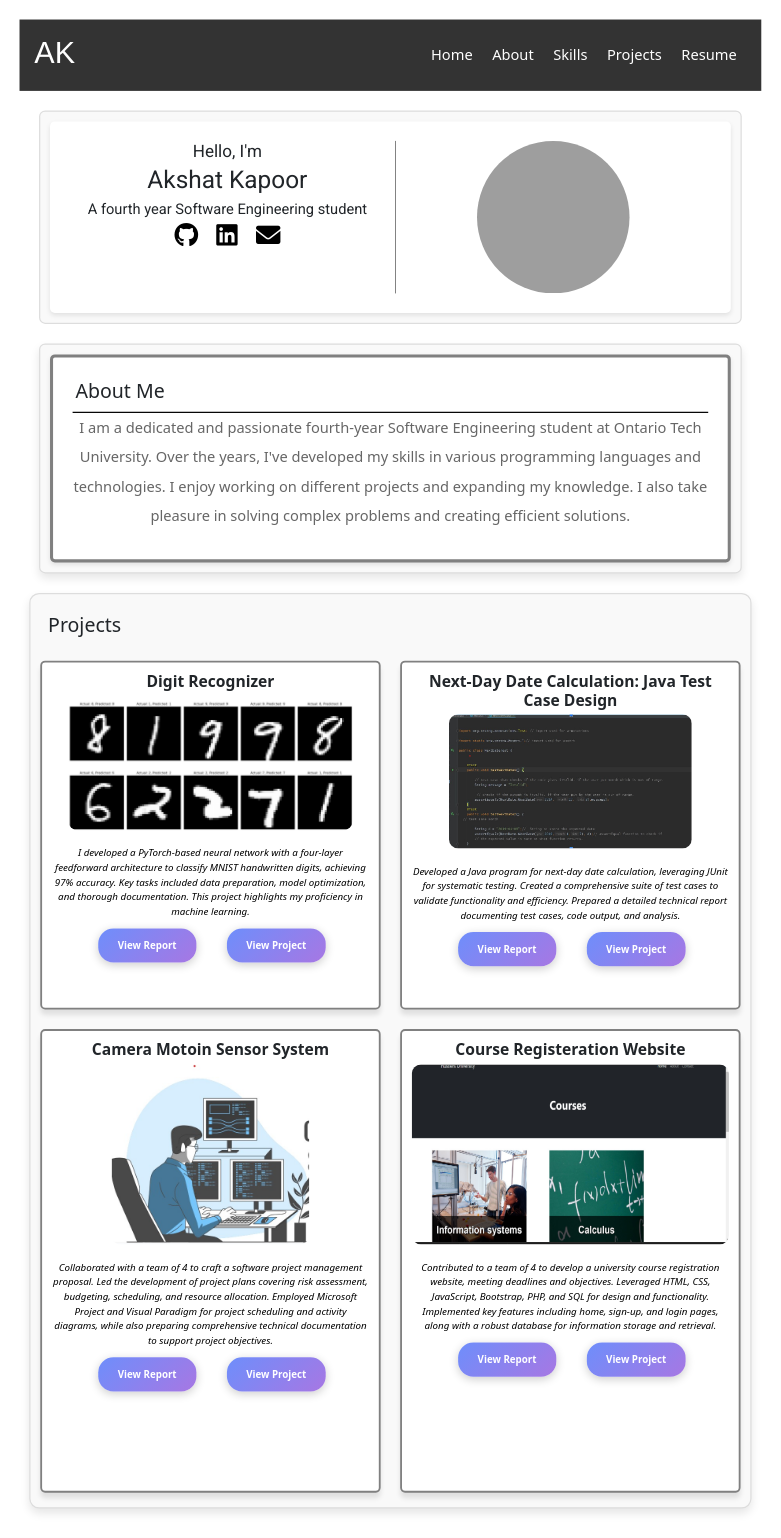
Repository: AkshatKapo/My-Portfolio
Page: /
An editor plug-in stored every save of this project. The page is shown before and after the next save, followed by the edit.
The browser window is 1280 px wide. The pictures show the whole page, at 61% of full size.
Pictures or frames that could not be fetched are drawn as grey boxes. The project was rebuilt for these pictures with package versions that can differ from the ones it lists, and the page was loaded fresh each time. Also part of the build but not shown: vite.config.js.

Above is the page before, as saved 2024-06-13 15:24:44.

### index.html
<!DOCTYPE html>
<html lang="en">
  <head>
    <meta charset="UTF-8" />
    <link rel="stylesheet" href="https://cdnjs.cloudflare.com/ajax/libs/font-awesome/6.0.0-beta3/css/all.min.css">
    <link rel="stylesheet" href="https://maxcdn.bootstrapcdn.com/bootstrap/4.5.2/css/bootstrap.min.css">

    <meta name="viewport" content="width=device-width, initial-scale=1.0" />
    <title>Vite + React</title>
  </head>
  <body>
    <div id="root"></div>
    <script type="module" src="/src/main.jsx"></script>
  </body>
</html>

### src/main.jsx
import React from 'react'
import ReactDOM from 'react-dom/client'
import App from './App'
import './index.css'
import 'bootstrap/dist/css/bootstrap.min.css';


ReactDOM.createRoot(document.getElementById('root')).render(
  <React.StrictMode>
    <App />
  </React.StrictMode>,
)

### src/App.jsx
import { useEffect } from 'react';
import './App.css';
import Header from './components/Header';
import Home from './components/Home';
import About from './components/About';
// import Experience from './components/Experience'; // Corrected import path
import Projects from './components/projects';
// import ProjectContact from './components/contact';
// import Skill from './components/skill'
function App() {
  useEffect(() => {
    function reveal() {
      let reveals = document.querySelectorAll(".reveal");// stores all the elements with class reveal into an array

      for (var i = 0; i < reveals.length; i++) { // iterates through reveals array, takes the each element with class reveals
        let windowHeight = window.innerHeight; // gets the height of the view port
        let elementTop = reveals[i].getBoundingClientRect().top;// gets the postion of the element relative to the view port
        let sectionHeight = reveals[i].offsetHeight;// calculates the hieght of the element
        let elementVisible = windowHeight - elementTop > 0 ? windowHeight - elementTop : 0;// calculates the porton  of the element visible(Dstance between the top of the view port  and bottom of visible part of  the element)
        let visibilityRatio = elementVisible / sectionHeight; // Fraction of the element visible

        if (visibilityRatio > 0.5) {  // if the visibility ratio is greater than half then it will make it visible
          reveals[i].classList.add("active");// add class actve to the element to make it visible
        } else { // if its less than 0.5 than it wll not display it or remove the class
          reveals[i].classList.remove("active");
        }
      }
    }

    window.addEventListener("scroll", reveal);// Add scroll as event listenere because wewe want to dsplay elements as user scrolls down

    // Call reveal initially to check the visibility of elements when the component mounts
    reveal();

    // Cleanup function to remove event listener when component unmounts
    return () => {
      window.removeEventListener("scroll", reveal);
    };
  }, []);


  return (
    <div>
      <Header />
      <Home />
      <About />
      <Projects />

    </div>
  );
}

export default App;

/*
Mount: useEffect runs, reveal function defined and called, scroll event listener added.
Scroll: Each scroll triggers the reveal function to recalculate and update element visibility.
Unmount: Cleanup function removes the scroll event listener.
*/

### src/index.css
body {
    font-family: 'Segoe UI', Tahoma, Geneva, Verdana, sans-serif;
    background-color:#ccddff;
    color:black;
    margin: 0;
    padding: 0;
  }


  #root {
    display: flex;
    flex-direction: column;
    min-height: 100vh;
  }

### src/App.css
#root {
  max-width: 1280px;
  margin: 0 auto;
  padding: 2rem;
  text-align: center;
}
.reveal {
  opacity: 0;
  transform: translateY(100px);
  transition: opacity 0.6s ease-out, transform 0.6s ease-out;
}

.reveal.active {
  opacity: 1;
  transform: translateY(0);
}

### src/components/Header.jsx
import React from 'react'
import './Header.css'

const Header = () => {
  return (
    <header>
      <h1 className='title'>AK</h1>
      <nav>
        <ul>
          <li><a href="#home">Home</a></li>
          <li><a href="#about">About</a></li>
          <li><a href="#skills">Skills</a></li>
          <li><a href="#projects">Projects</a></li>
          <li><a href="/Akshat_Kapoor_Resume.pdf">Resume</a></li>
        </ul>
      </nav>
    </header>
  )
}

export default Header

### src/components/Home.jsx
import React from "react";
import "./Home.css";

const Home = () => {
  return (
    <div className="reveal">
      <section id="home">
        <div className="home-content">
          <div className="text-content">
            <h3>Hello, I'm</h3>
            <h1>Akshat Kapoor</h1>
            <h4>A fourth year Software Engineering student</h4>
            <div className="social-icons">
              <a href="https://github.com/yourusername" target="_blank" rel="noopener noreferrer">
                <i className="fab fa-github"></i>
              </a>
              <a href="https://www.linkedin.com/in/yourusername" target="_blank" rel="noopener noreferrer">
                <i className="fab fa-linkedin"></i>
              </a>
              <a href="mailto:youremail@gmail.com" target="_blank" rel="noopener noreferrer">
                <i className="fas fa-envelope"></i>
              </a>
            </div>
          </div>
          <div className="separator"></div>  {/* Added separator */}
          <div className="image-content">
            <img
              src="/mnt/data/image.png"
              alt="Akshat Kapoor"
              className="profile-image"
            />
          </div>
        </div>
      </section>
    </div>
  );
};

export default Home;

### src/components/About.jsx
import React from 'react';
import './About.css';

function About() {
  return (
    <section id="about">
      <div id='about-content'>
       <h2>About Me</h2>
       <div className='seperator'>


       </div>
       <p>I am a dedicated and passionate fourth-year Software Engineering student at Ontario Tech University. Over the years, I've developed my skills in various programming languages and technologies. I enjoy working on different projects and expanding my knowledge. I also take pleasure in solving complex problems and creating efficient solutions. </p>
      </div>
    </section>
  );
}

export default About;

### src/components/projects.jsx
import React from 'react'
import "./project.css"

const project = () => {
  return (

        <div className='reveal'>
          <section id="projects">
            <div class="project-list">
              <h2>Projects</h2>
              <div class="project-row">
                <div class="project">
                  <h3>Digit Recognizer</h3>
                  <img src="/assets/images/image.jpg"></img>
                  <p>I developed a PyTorch-based neural network with a four-layer feedforward architecture to classify MNIST handwritten digits, achieving 97% accuracy. Key tasks included data preparation, model optimization, and thorough documentation. This project highlights my proficiency in machine learning.</p>

                  <a href="/assets/images/Machine Learning Final Project (2).pdf" target="_blank" className="Projectbutton" rel="noopener noreferrer">View Report</a>
                  <a href="link-to-project1" class="Projectbutton2">View Project</a>

                </div>
                <div class="project">
                  <h3>Next-Day Date Calculation: Java Test Case Design </h3>
                  <img src="/assets/images/date.jpg"></img>
                  <p>Developed a Java program for next-day date calculation, leveraging JUnit for systematic testing. Created a comprehensive suite of test cases to validate functionality and efficiency. Prepared a detailed technical report documenting test cases, code output, and analysis.</p>

                  <a href="/assets/images/100781511AkshatKapoorTestDesignAssignmentNextDate.pdf" target="_blank" className="Projectbutton" rel="noopener noreferrer">View Report</a>
                  <a href="link-to-project1" class="Projectbutton2">View Project</a>
                </div>
              </div>
              <div class="project-row">
                <div class="project">
                  <h3>Camera Motoin Sensor System</h3>
                  <img src="/assets/images/moton sensor.jpg"></img>
                  <p>Collaborated with a team of 4 to craft a software project management proposal. Led the development of project plans covering risk assessment, budgeting, scheduling, and resource allocation. Employed Microsoft Project and Visual Paradigm for project scheduling and activity diagrams, while also preparing comprehensive technical documentation to support project objectives.</p>
                  <a href="link-to-project1" class="Projectbutton">View Report</a>
                  <a href="link-to-project1" class="Projectbutton2">View Project</a>
                </div>
                <div class="project">
                  <h3>Course Registeration Website</h3>
                  <img src="/coursespage.jpg"></img>
                  <p>Contributed to a team of 4 to develop a university course registration website, meeting deadlines and objectives. Leveraged HTML, CSS, JavaScript, Bootstrap, PHP, and SQL for design and functionality. Implemented key features including home, sign-up, and login pages, along with a robust database for information storage and retrieval.</p>
                  <a href="link-to-project1" class="Projectbutton">View Report</a>
                  <a href="link-to-project1" class="Projectbutton2">View Project</a>
                </div>
              </div>
            </div>
          </section>
        </div>
  )
}

export default project

### src/components/Header.css
header {
  background-color: #333;
  color: white;
  padding: 2%;
  display: flex;
  justify-content: space-between;
  align-items: center;

    /* text-align: center; */
  }
  .title {
    font-family: 'Helvetica', sans-serif;
    font-size: 50px;
    background:white;
    -webkit-background-clip: text;
    color: transparent;
  }


  nav ul {
    list-style-type: none;
    padding: 0;
    margin: 0;
    display: flex;
  }

  nav ul li {
    margin: 0 1rem;
  }

  nav ul li a {
    color: white;
    text-decoration: none;
    font-size: 150%;
  }

### src/components/Home.css
@import url('https://fonts.googleapis.com/css2?family=Roboto:wght@300;400;700&display=swap');

#home {
  padding: 1rem;
  display: flex;
  justify-content: center;
  align-items: center;
  background-color: #f9f9f9;
  border: 2px solid #ddd; /* Light border */
  border-radius: 10px; /* Rounded corners */
  margin: 2rem; /* Margin to ensure it doesn’t touch the edges of the container */

}

.home-content {
  display: flex;
  justify-content: space-between;
  width: 100%;
  max-width: 1200px; /* Adjust the max-width as needed */
  background: #fff; /* Background for the content */
  padding: 2rem; /* Padding around the content */
  box-shadow: 0 4px 8px rgba(0, 0, 0, 0.1); /* Shadow for styling */
  border-radius: 8px; /* Rounded corners */
}

.text-content {
  flex: 1;
  padding-right: 1rem;
  font-family: 'Roboto', sans-serif;

}

.text-content h2 {
  font-size: 2.5rem; /* Adjust the font size as needed */
  font-weight: 900;
  color: #333;
  margin-bottom: 1rem;

}

.text-content p {
  font-size: 1rem; /* Adjust the font size as needed */
  line-height: 1.6; /* Adjust the line height as needed */
  color: #666;
  font-weight: 300;
}

.separator {
  width: 1px;
  background-color: #333;
  height: 250px; /* Adjust the height as needed */
}

.image-content {
  flex: 1;
  display: flex;
  justify-content: center;
}

.profile-image {
  width: 250px;
  height: 250px;
  border-radius: 50%;
  object-fit: cover;
 }

 .social-icons {
  display: flex;
  gap: 30px; /* Adjust the spacing between icons */
  justify-content: center;
}

.social-icons a {
  color: #000; /* Change the color if needed */
  text-decoration: none;
}

.social-icons .icon {
  width: 40px; /* Adjust the size of the icons */
  height: 40px; /* Adjust the size of the icons */
}

.social-icons i {
  font-size: 40px; /* Adjust the size of the font-awesome icons */
}

/* Add hover effect if desired */
.social-icons a:hover {
  opacity: 0.7; /* Example hover effect */
}

### src/components/About.css
#about {
  padding: 1rem;
  display: flex;
  background-color: #f9f9f9;
  border: 2px solid #ddd; /* Light border */
  border-radius: 10px; /* Rounded corners */
  box-shadow: 0 8px 16px rgba(0, 0, 0, 0.1); /* Shadow for depth */
  margin: 2rem; /* Margin to ensure it doesn’t touch the edges of the container */



}
#about-content {
  display: table-column;
  justify-content: space-between;
  width: 100%;
  max-width: 1200px; /* Adjust the max-width as needed */
  background: #fff; /* Background for the content */
  padding: 2rem; /* Padding around the content */
  box-shadow: 0 4px 8px rgba(0, 0, 0, 0.1); /* Shadow for styling */
  border-radius: 8px; /* Rounded corners */
}


#about h2 {
  font-size: 2rem;
  text-align: left; /* This will align the heading to the left */
  margin-bottom: 1rem; /* Adding some space between the heading and the paragraph */
  margin-top: 0.2rem;
  margin-left: 0.3rem;


}
.seperator {
  border-top: 2px solid black;
  width: 100%; /* Adjust as needed */
  margin: 20px 3; /* Adjust as needed */
}

#about p {
  font-size: 1.5rem; /* Adjust the font size as needed */
  line-height: 2; /* Adjust the line height as needed */
  color: #666;
  font-weight: 300;
  }
#about {
  padding: 1rem;
  display: flex;
  background-color: #f9f9f9;
  border: 2px solid #ddd; /* Light border */
  border-radius: 10px; /* Rounded corners */
  box-shadow: 0 8px 16px rgba(0, 0, 0, 0.1); /* Shadow for depth */
  margin: 2rem; /* Margin to ensure it doesn’t touch the edges of the container */



}
#about-content {
  display: table-column;
  justify-content: space-between;
  width: 100%;
  max-width: 1200px; /* Adjust the max-width as needed */
  background: #fff; /* Background for the content */
  padding: 2rem; /* Padding around the content */
  box-shadow: 0 4px 8px rgba(0, 0, 0, 0.1); /* Shadow for styling */
  border-radius: 8px; /* Rounded corners */
  border: 5px solid grey

}


#about h2 {
  font-size: 2rem;
  text-align: left; /* This will align the heading to the left */
  margin-bottom: 1rem; /* Adding some space between the heading and the paragraph */
  margin-top: 0.2rem;
  margin-left: 0.3rem;


}
.seperator {
  border-top: 2px solid black;
  width: 100%; /* Adjust as needed */
  margin: 20px 3; /* Adjust as needed */
}

#about p {
  font-size: 1.5rem; /* Adjust the font size as needed */
  line-height: 2; /* Adjust the line height as needed */
  color: #666;
  font-weight: 300;
  }

### src/components/project/project.css
#projects {
    padding: 1rem;
    background-color: #f9f9f9;
    border: 2px solid #ddd; /* Light border */
    border-radius: 16px; /* Rounded corners */
    box-shadow: 0 8px 16px rgba(0, 0, 0, 0.1); /* Shadow for depth */
    margin: 1rem; /* Margin to ensure it doesn’t touch the edges of the container */
  }

  .project-list {
    display: flex;
    flex-direction: column;
    gap: 1rem; /* Space between rows */
    align-items: stretch;
  }

  .project-list h2 {
    font-size: 2rem;
    text-align: left; /* Align heading to the left */
    margin: 0.9rem 0 1rem 0.8rem; /* Consistent spacing around heading */
  }

  .project-row {
    display: flex;
    justify-content: space-between; /* Allow wrapping for responsive design */
    width: 100%; /* Space between projects */
    gap: 2rem;
    align-items: stretch;
  }

  .project {
    flex: 5 ; /* Flex basis to allow two projects per row with a gap */
    text-align: center;
    padding: 1rem; /* Consistent padding */
    padding-bottom: 0;
    background-color: #fff;
    border: 3px solid grey;
    box-shadow: 0 9px 8px rgba(0, 0, 0, 0.1); /* Shadow for styling */
    border-radius: 8px; /* Rounded corners */
    margin: 0.5rem 0; /* Margin for spacing between rows */
  }

  .project img {
    justify-content: center;
    max-width: 100%;
    height: 40%;
    border-radius: 15px;
    margin-bottom: 25px;
    border-color:50px solid aquamarine;
  }


  .project h3 {
    font-size: 1.6rem;
    font-weight: bolder;
    margin-bottom: 0.5rem; /* Space between title and paragraph */
    margin-top: 0;
  }

  .project p {
    font-size: 1rem;
    font-style: italic;
    color: black;
  }
  .Projectbutton {

      display: inline-block;
      padding: 1rem 2rem; /* Adjusted padding for better appearance */
      font-size: 1rem; /* Set font size */
      font-weight: bold; /* Make font bold */
      text-align: center; /* Center the text */
      background: linear-gradient(135deg, #6e8efb, #a777e3); /* Add gradient background */
      color: white; /* Change text color to white */
      text-decoration: none; /* Remove underline */
      border: none; /* Remove border */
      border-radius: 25px; /* More rounded corners */
      box-shadow: 0 4px 15px rgba(0, 0, 0, 0.2); /* Add shadow */
      transition: background 0.3s, transform 0.3s; /* Smooth transitions */
      cursor: pointer; /* Change cursor to pointer */
      margin-left: 1%;
      margin-bottom: 0rem; /* Add a small margin-bottom */

  }
  .Projectbutton2 {

      display: inline-block;
      padding: 1rem 2rem; /* Adjusted padding for better appearance */
      font-size: 1rem; /* Set font size */
      font-weight: bold; /* Make font bold */
      text-align: center; /* Center the text */
      background: linear-gradient(135deg, #6e8efb, #a777e3); /* Add gradient background */
      color: white; /* Change text color to white */
      text-decoration: none; /* Remove underline */
      border: none; /* Remove border */
      border-radius: 25px; /* More rounded corners */
      box-shadow: 0 4px 15px rgba(0, 0, 0, 0.2); /* Add shadow */
      transition: background 0.3s, transform 0.3s; /* Smooth transitions */
      cursor: pointer; /* Change cursor to pointer */
      margin-left: 50px;
      margin-bottom: 0rem; /* Add a small margin-bottom */

  }

  .Projectbutton:hover {
    background: linear-gradient(135deg, #a777e3, #6e8efb); /* Reverse gradient on hover */
    transform: translateY(-2px); /* Slight lift on hover */
    box-shadow: 0 6px 20px rgba(0, 0, 0, 0.3); /* Increase shadow on hover */
  }
  .Projectbutton2:hover {
    background: linear-gradient(135deg, #a777e3, #6e8efb); /* Reverse gradient on hover */
    transform: translateY(-2px); /* Slight lift on hover */
    box-shadow: 0 6px 20px rgba(0, 0, 0, 0.3); /* Increase shadow on hover */
  }

  /* Responsive Design */
  @media (max-width: 768px) {
    .project-row {
      flex-direction: column; /* Stack projects vertically on smaller screens */
    }

    .Projectbutton2 {
      margin-left: 0; /* Reset margin on smaller screens */
    }
  }

After the next save:
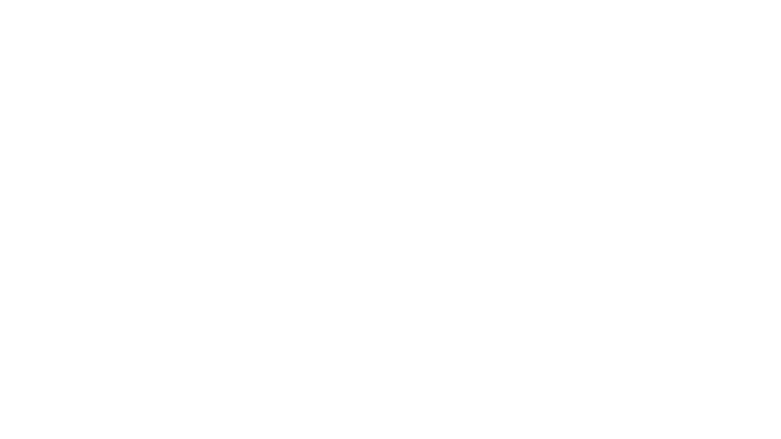
Console error: ReferenceError: project is not defined
Saved 24 s later.
--- a/src/components/projects.jsx
+++ b/src/components/projects.jsx
@@ -1,7 +1,7 @@
 import React from 'react'
 import "./project.css"
 
-const project = () => {
+const projects = () => {
   return (
 
         <div className='reveal'>

After the save that followed:
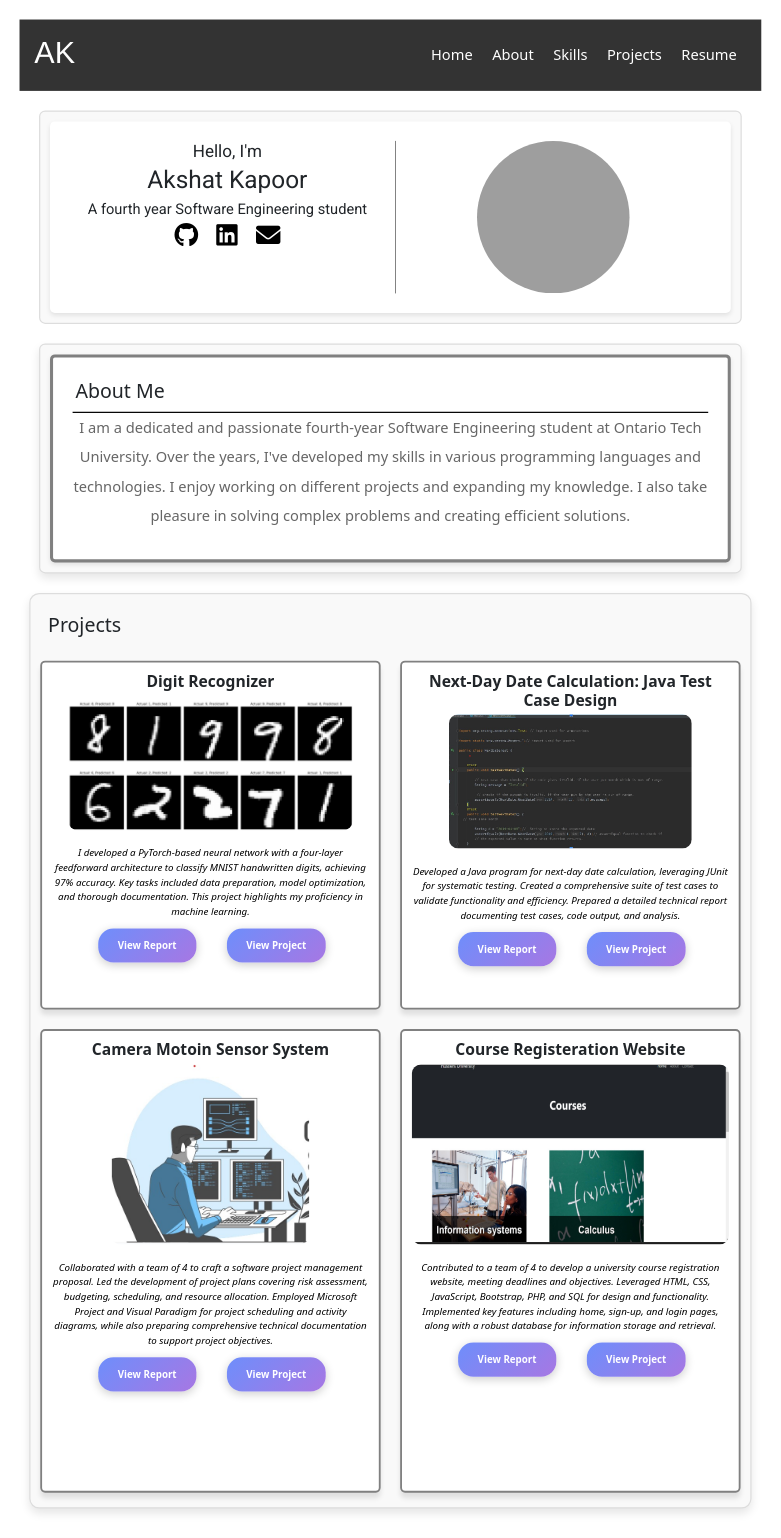
The error is gone.
Saved 6 s later.
--- a/src/components/projects.jsx
+++ b/src/components/projects.jsx
@@ -49,4 +49,4 @@ const project = () => {
   )
 }
 
-export default project
+export default projects
